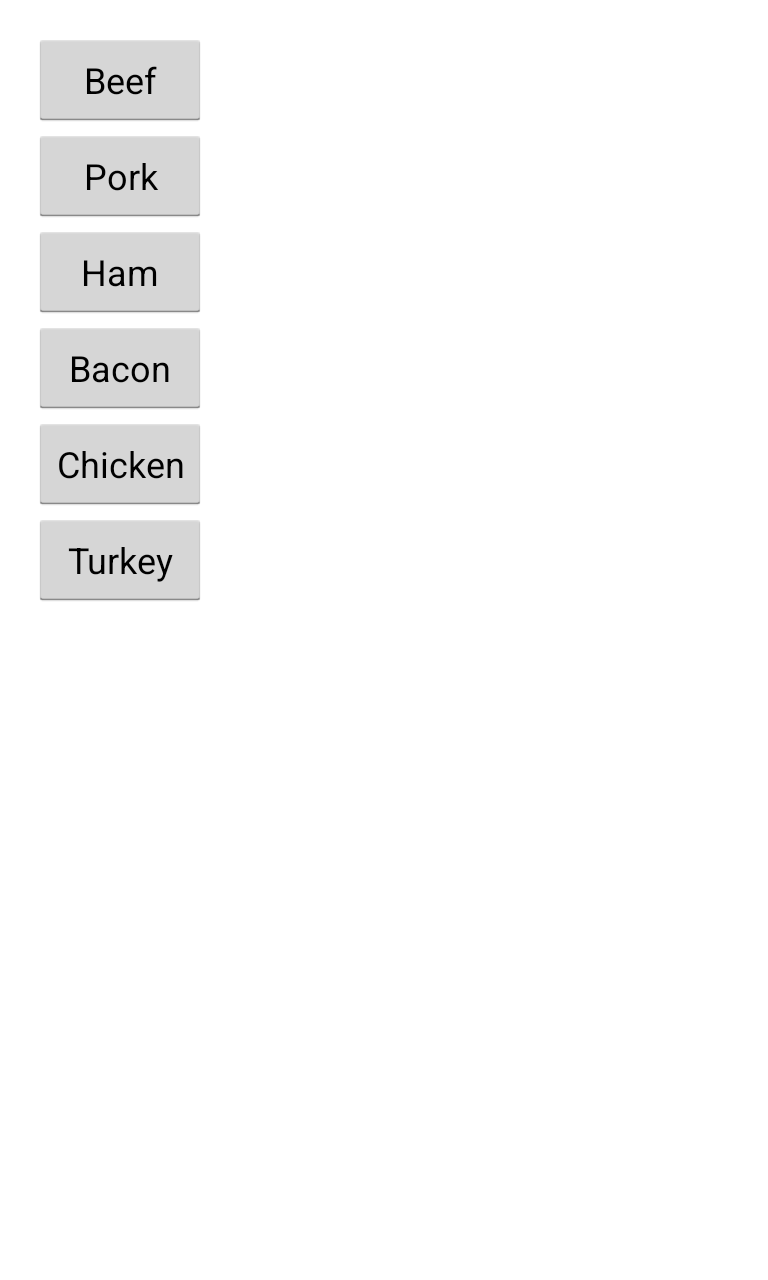
Repository: asmartin/foodtracker
Layout: FoodTracker/res/layout/fragment_dairy.xml
The author's editor kept a copy of each file at every save. The layout is drawn from the files as they stood at one save, then again after the next save.
It is drawn on a 768 x 1280 px phone screen (xhdpi) without system bars, with theme AppTheme; the app's code is not run.

Above is the layout before, as saved 2013-12-01 02:02:13.

After the next save:
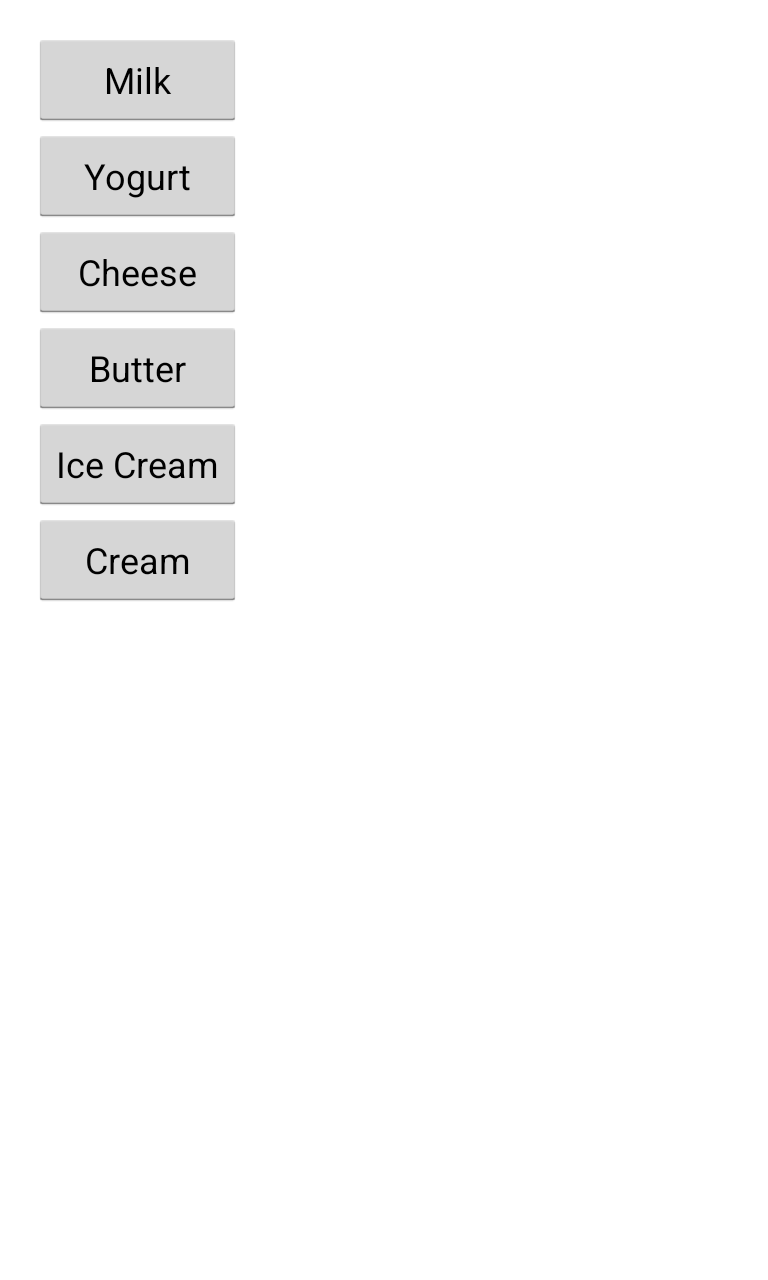
Saved 72 s later.
--- a/FoodTracker/res/layout/fragment_dairy.xml
+++ b/FoodTracker/res/layout/fragment_dairy.xml
@@ -28,7 +28,7 @@
                 android:id="@+id/button1"
                 android:layout_width="wrap_content"
                 android:layout_height="wrap_content"
-                android:text="Beef" />
+                android:text="Milk" />
 
         </TableRow>
 
@@ -41,7 +41,7 @@
                 android:id="@+id/button2"
                 android:layout_width="wrap_content"
                 android:layout_height="wrap_content"
-                android:text="Pork" />
+                android:text="Yogurt" />
 
         </TableRow>
 
@@ -54,7 +54,7 @@
                 android:id="@+id/button3"
                 android:layout_width="wrap_content"
                 android:layout_height="wrap_content"
-                android:text="Ham" />
+                android:text="Cheese" />
 
         </TableRow>
 
@@ -67,7 +67,7 @@
                 android:id="@+id/button4"
                 android:layout_width="wrap_content"
                 android:layout_height="wrap_content"
-                android:text="Bacon" />
+                android:text="Butter" />
 
         </TableRow>
         <TableRow
@@ -79,7 +79,7 @@
                 android:id="@+id/button5"
                 android:layout_width="wrap_content"
                 android:layout_height="wrap_content"
-                android:text="Chicken" />
+                android:text="Ice Cream" />
 
         </TableRow>
         <TableRow
@@ -91,7 +91,7 @@
                 android:id="@+id/button6"
                 android:layout_width="wrap_content"
                 android:layout_height="wrap_content"
-                android:text="Turkey" />
+                android:text="Cream" />
 
         </TableRow>
     </TableLayout>
